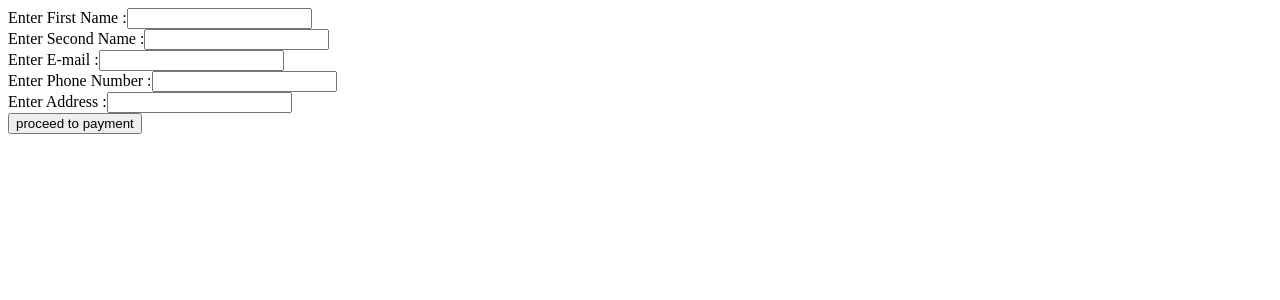
Repository: nihargowda/phase2project
Page: http://localhost/AirAway/userdetails.jsp
These files come from the project's save history. The page is drawn as it stood at one moment and after the next save; the edit follows.
The browser window is 1280 px wide. The pictures show the whole page.
The page is served by Tomcat 9.

Above is the page before, as saved 2020-11-17 17:56:44.

After the next save:
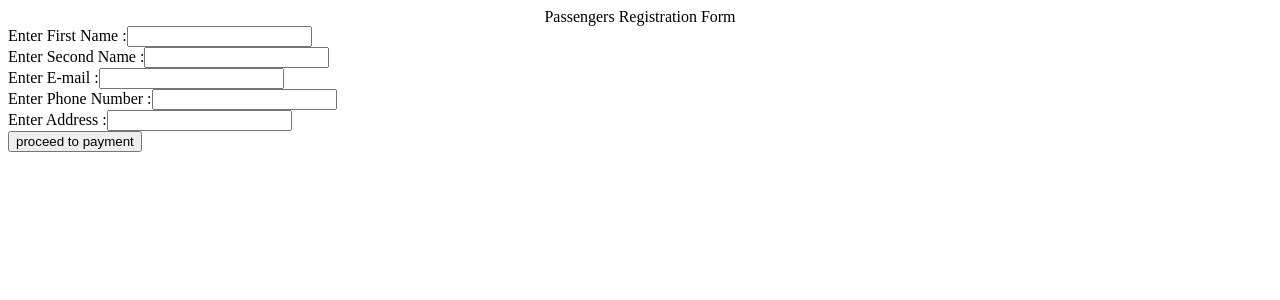
Saved 95 s later.
--- a/AirAway/src/main/webapp/userdetails.jsp
+++ b/AirAway/src/main/webapp/userdetails.jsp
@@ -7,6 +7,7 @@
 <title>Insert title here</title>
 </head>
 <body>
+<center>Passengers Registration Form</center>
 <form action="/AirAway/UserServlet" method="post">
 
 Enter First Name :<input type="text" name="fname"><br>
